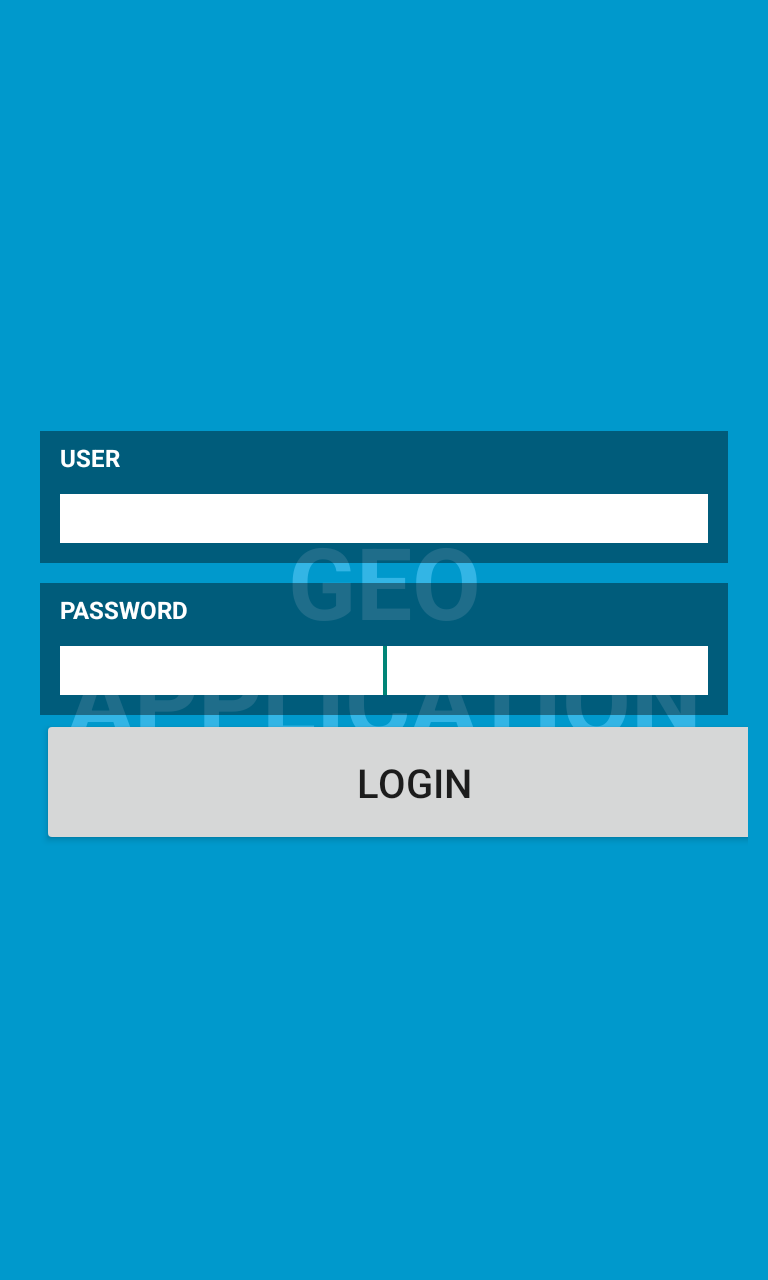
Repository: sebastianR1001/GeoApplication
Layout: GeoApplication/res/layout/login_fullscreen.xml
An editor plug-in stored every save of this project. The layout is shown before and after the next save, followed by the edit.
It is drawn on a 768 x 1280 px phone screen (xhdpi) without system bars, with theme AppTheme; the app's code is not run.

Above is the layout before, as saved 2014-10-25 19:00:46.

After the next save:
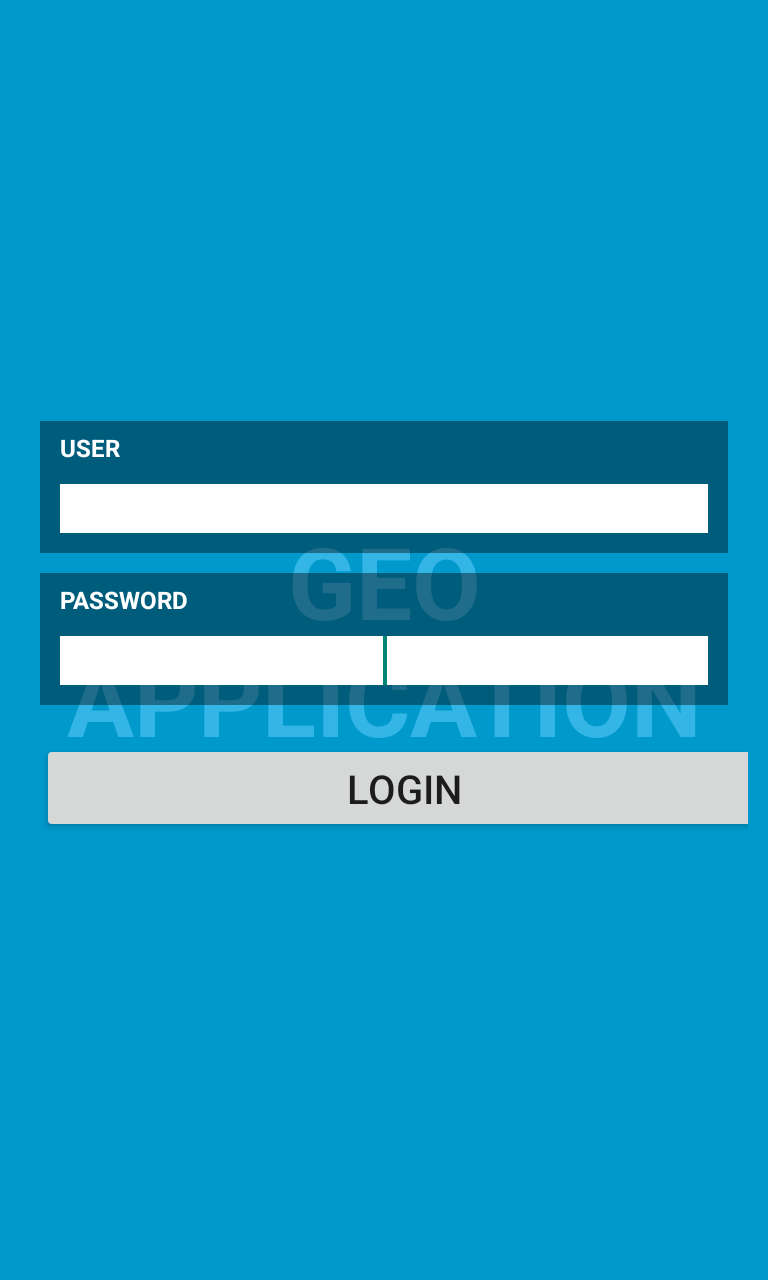
Saved 51 s later.
--- a/GeoApplication/res/layout/login_fullscreen.xml
+++ b/GeoApplication/res/layout/login_fullscreen.xml
@@ -120,13 +120,15 @@
             android:id="@+id/tableRow3"
             android:layout_width="wrap_content"
             android:layout_height="wrap_content"
+            android:layout_marginTop="10dp"
             >
 
             <Button
 		        android:id="@+id/loginButton"
-		        android:layout_width="135dp"
-		        android:layout_height="67dp"
+		        android:layout_width="wrap_content"
+            	android:layout_height="wrap_content"
 		        android:layout_marginLeft="10dp"
+		        android:layout_marginRight="10dp"
 		        android:textSize="20sp"
 		        android:text="@string/loginButton" />
 
